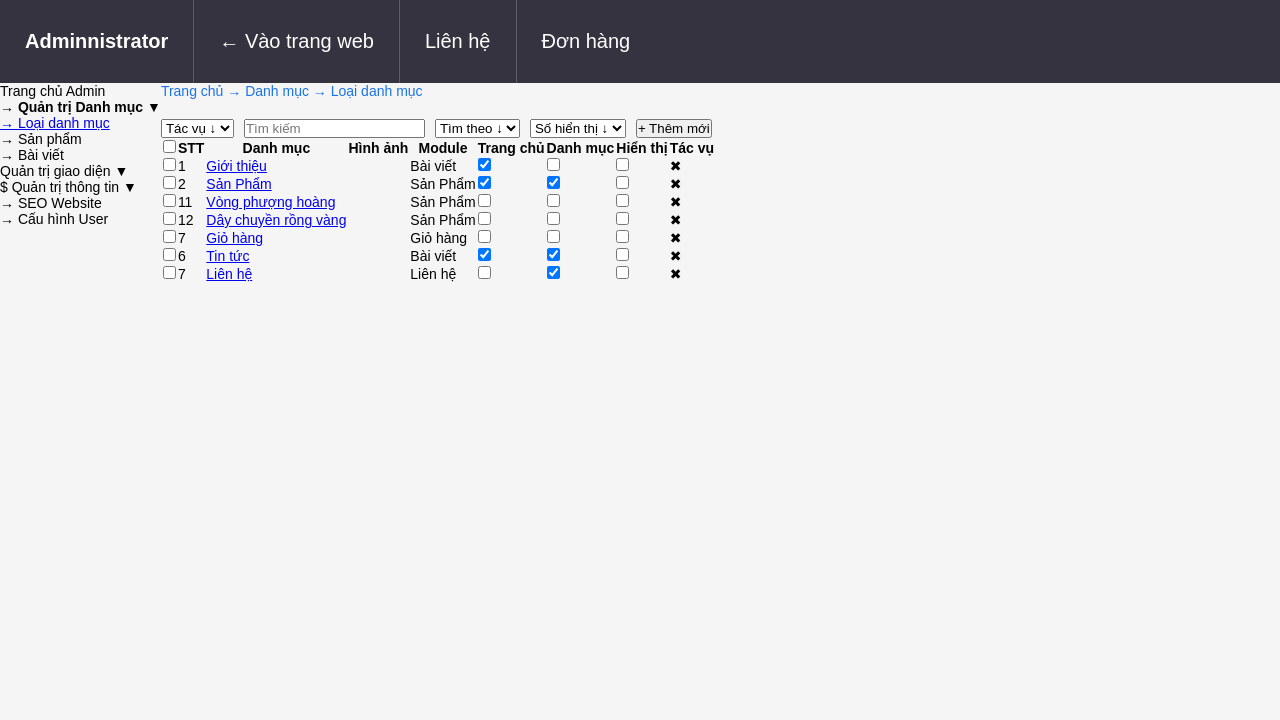
Repository: TranTanDat0606/Du-An-1
Page: Admin]/admin.html
These files come from the project's save history. The page is drawn as it stood at one moment and after a run of saves; the edit follows.
The browser window is 1280 px wide. The pictures show the whole page.

Above is the page before, as saved 2025-07-31 09:10:33.

After the next 2 saves:
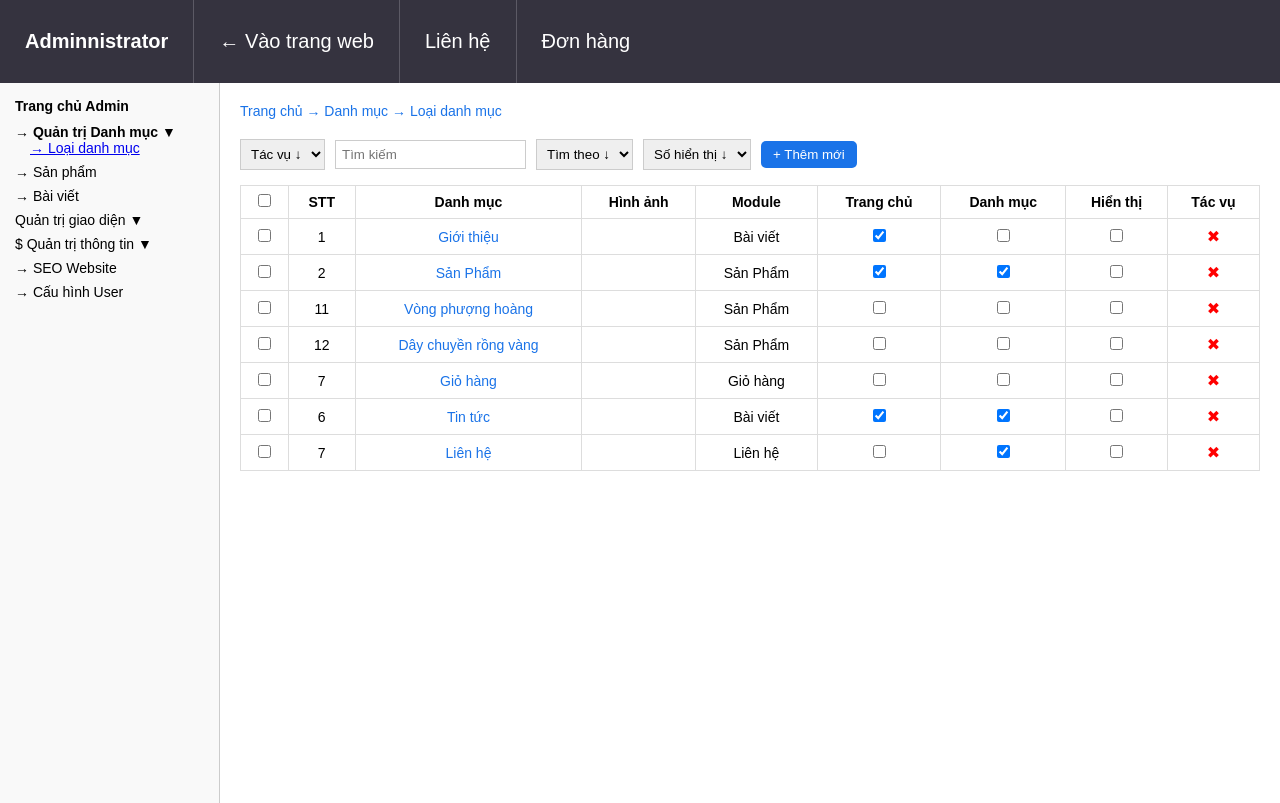
The 2 saves are shown as one change because they came seconds apart.
The last was saved 26 s later.
--- a/Admin]/admin.css
+++ b/Admin]/admin.css
@@ -59,34 +59,48 @@
     padding-left: 0;
 }
 body {
-    background: #f5f5f5;
-}
-/* Main Layout */
-.admin-container {
-    display: flex;
-    font-family: sans-serif;
+    font-family: Arial, sans-serif;
+    margin: 0;
     font-size: 14px;
 }
 
-.admin-sidebar {
-    width: 200px;
-    border-right: 1px solid #ccc;
-    padding: 10px;
+.admin-container {
+    display: flex;
+    min-height: 100vh;
 }
 
-.admin-title {
+/* Sidebar */
+.sidebar {
+    width: 220px;
+    border-right: 1px solid #ccc;
+    padding: 15px;
+    background: #f9f9f9;
+}
+
+.title {
     font-weight: bold;
     margin-bottom: 10px;
 }
 
-.dropdown-label {
-    color: #1a73e8;
+.menu {
+    list-style: none;
+    padding-left: 0;
+}
+
+.menu li {
+    margin-bottom: 8px;
     cursor: pointer;
 }
 
-.admin-main {
+.submenu {
+    list-style: none;
+    padding-left: 15px;
+}
+
+/* Main content */
+.content {
     flex: 1;
-    padding: 15px;
+    padding: 20px;
 }
 
 .breadcrumb {
@@ -103,26 +117,17 @@ body {
     display: flex;
     align-items: center;
     gap: 10px;
+    margin-bottom: 15px;
     flex-wrap: wrap;
 }
 
-.actions label {
-    margin-right: 5px;
+.toolbar input[type="text"],
+.toolbar select {
+    padding: 6px;
+    border: 1px solid #ccc;
 }
 
-.search-box {
-    padding: 5px;
-    border: 1px solid #ccc;
-    width: 150px;
-}
-
-.filter,
-.limit,
-#bulk-action {
-    padding: 5px;
-}
-
-.add-btn {
+.btn-add {
     background-color: #1a73e8;
     color: white;
     border: none;
@@ -130,3 +135,27 @@ body {
     border-radius: 5px;
     cursor: pointer;
 }
+
+/* Table */
+.category-table {
+    width: 100%;
+    border-collapse: collapse;
+}
+
+.category-table th,
+.category-table td {
+    padding: 8px 10px;
+    border: 1px solid #ddd;
+    text-align: center;
+}
+
+.category-table td a {
+    color: #1a73e8;
+    text-decoration: none;
+}
+
+.delete {
+    color: red;
+    cursor: pointer;
+    font-size: 16px;
+}
